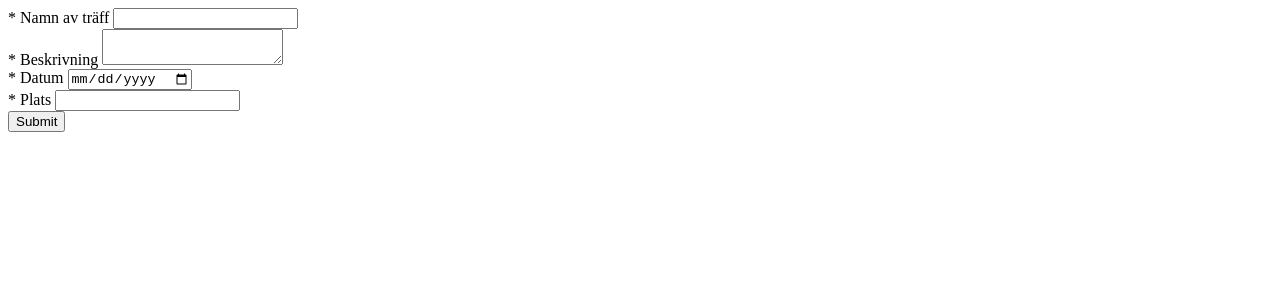
Repository: la222tc/1DV404_HT14_D_4_la222tc
Page: Iteration 2/index.html
The author's editor kept a record of every edit. The page is drawn from the files as they stood at one moment, then again after the next edit.
The browser window is 1280 px wide. The pictures show the whole page.

Above is the page before.
Console error: ReferenceError: Test is not defined

After the next edit:
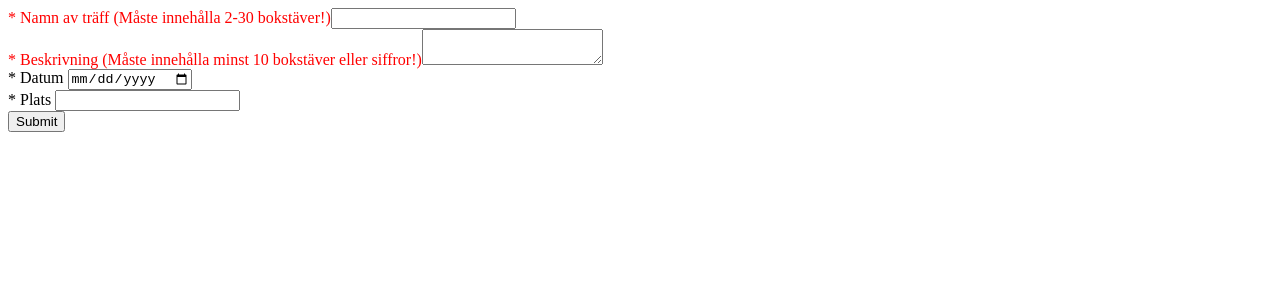
Console error: TypeError: Validator.validateDate is not a function
The edit:
--- a/Iteration 2/index.html
+++ b/Iteration 2/index.html
@@ -24,5 +24,6 @@
             <script type="text/javascript" src="js/Main.js"></script>
             <script type="text/javascript" src="js/Validator.js"></script>
             <script type="text/javascript" src="js/Create.js"></script>
+            <script type="text/javascript" src="js/Test.js"></script>
         </body>
 </html>
